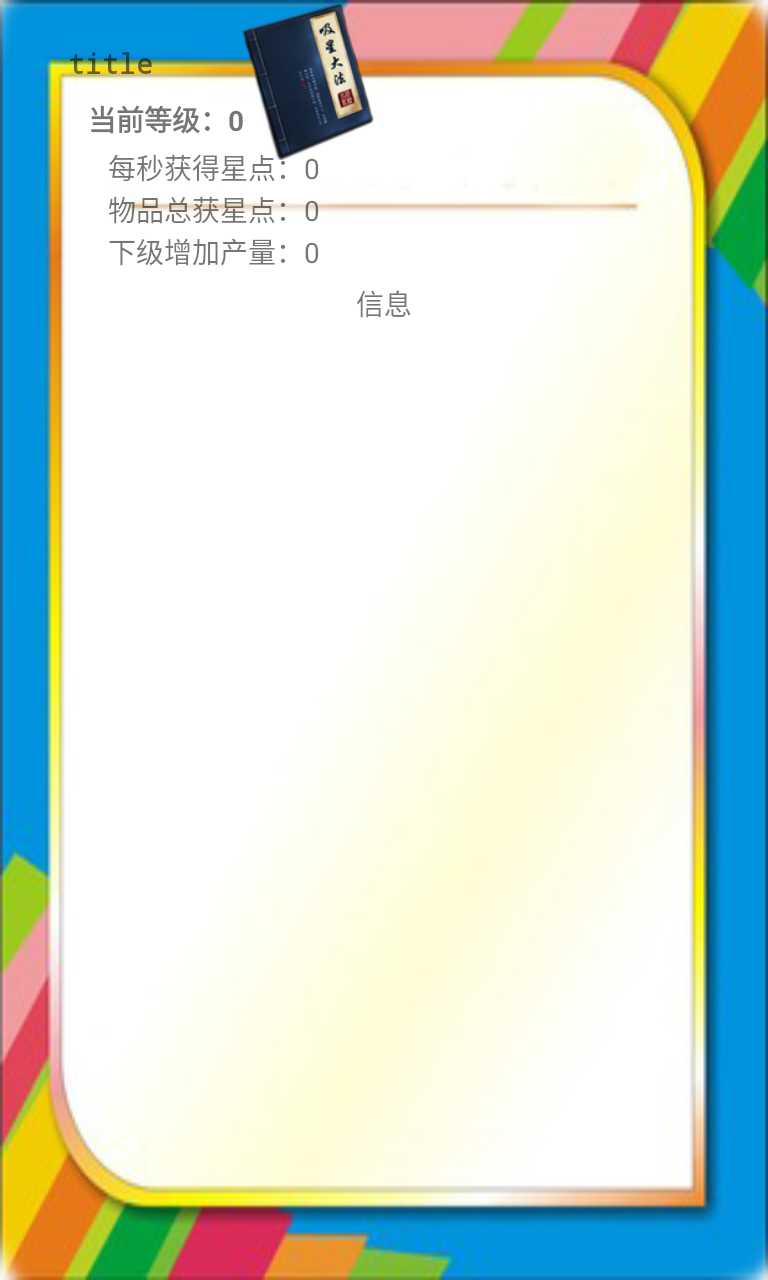
Repository: xianyun2014/StarPoint
Layout: game/res/layout/build_info_view.xml
These files come from the project's save history. The layout is drawn as it stood at one moment and after the next save; the edit follows.
It is drawn on a 768 x 1280 px phone screen (xhdpi) without system bars, with theme AppTheme; the app's code is not run.

Above is the layout before, as saved 2014-11-17 15:30:52.

### game/res/layout/build_info_view.xml
<RelativeLayout xmlns:android="http://schemas.android.com/apk/res/android"
    xmlns:android1="http://schemas.android.com/apk/res/android"
    android1:id="@+id/build_info"
    android1:layout_width="wrap_content"
    android1:layout_height="wrap_content"
    android1:layout_alignParentLeft="true"
    android1:layout_alignParentTop="true"
    android1:layout_alignParentBottom="true"
    android1:layout_alignParentRight="true"
    android1:layout_marginTop="60dp"
    android1:layout_marginRight="10dp"
    android1:layout_marginLeft="10dp"
    android1:layout_marginBottom="150dp">

    <ImageView
        android1:id="@+id/imageView1"
        android1:layout_width="fill_parent"
        android1:layout_height="fill_parent"
        android1:layout_alignParentBottom="true"
        android1:layout_alignParentLeft="true"
        android1:layout_alignParentTop="true"
        android1:scaleType="fitXY"
        android1:src="@drawable/info_build" />

    <TextView
        android1:id="@+id/build_title"
        android1:layout_width="wrap_content"
        android1:layout_height="wrap_content"
        android1:layout_alignParentLeft="true"
        android1:layout_alignParentTop="true"
        android1:layout_below="@layout/build_info_view"
        android1:layout_marginLeft="34dp"
        android1:layout_marginTop="22dp"
        android1:text="title"
        android1:textStyle="bold"
        android1:typeface="monospace" />

    <TableLayout
        android1:id="@+id/TableLayout1"
        android1:layout_width="wrap_content"
        android1:layout_height="wrap_content"
        android1:layout_alignLeft="@+id/build_title"
        android1:layout_below="@+id/textcurlevel"
        android1:layout_marginLeft="20dp"
        android1:layout_marginTop="3dp" >

        <TableRow
            android1:id="@+id/tableRow1"
            android1:layout_width="wrap_content"
            android1:layout_height="wrap_content" >

            <TextView
                android1:id="@+id/textView1"
                android1:layout_width="wrap_content"
                android1:layout_height="wrap_content"
                android1:text="每秒获得星点：" />

            <TextView
                android1:id="@+id/txt_yield_sec"
                android1:layout_width="wrap_content"
                android1:layout_height="wrap_content"
                android1:text="0" />

        </TableRow>

        <TableRow
            android1:id="@+id/tableRow2"
            android1:layout_width="wrap_content"
            android1:layout_height="wrap_content" >

            <TextView
                android1:id="@+id/textView3"
                android1:layout_width="wrap_content"
                android1:layout_height="wrap_content"
                android1:text="物品总获星点：" />

            <TextView
                android1:id="@+id/txt_yield_total"
                android1:layout_width="wrap_content"
                android1:layout_height="wrap_content"
                android1:text="0" />

        </TableRow>

        <TableRow
            android1:id="@+id/tableRow3"
            android1:layout_width="wrap_content"
            android1:layout_height="wrap_content" >

            <TextView
                android1:id="@+id/textView5"
                android1:layout_width="wrap_content"
                android1:layout_height="wrap_content"
                android1:text="下级增加产量：" />

            <TextView
                android1:id="@+id/txt_next_add"
                android1:layout_width="wrap_content"
                android1:layout_height="wrap_content"
                android1:text="0" />
        </TableRow>
    </TableLayout>

    <TextView
        android1:id="@+id/textcurlevel"
        android1:layout_width="wrap_content"
        android1:layout_height="wrap_content"
        android1:layout_alignLeft="@id/build_title"
        android1:layout_below="@+id/build_title"
        android1:layout_marginLeft="10dp"
        android1:layout_marginTop="8dp"
        android1:text="当前等级："
        android1:textStyle="bold" />

    <TextView
        android1:id="@+id/txt_Level"
        android1:layout_width="wrap_content"
        android1:layout_height="wrap_content"
        android1:layout_alignBaseline="@+id/textcurlevel"
        android1:layout_alignBottom="@+id/textcurlevel"
        android1:layout_toRightOf="@+id/textcurlevel"
        android1:text="0"
        android1:textStyle="bold" />

    <TextView
        android1:id="@+id/textView2"
        android1:layout_width="wrap_content"
        android1:layout_height="wrap_content"
        android1:layout_below="@+id/TableLayout1"
        android1:layout_centerHorizontal="true"
        android1:layout_marginTop="5dp"
        android1:text="信息" />

    <ImageView
        android1:id="@+id/imageView2"
        android1:layout_width="80dp"
        android1:layout_height="80dp"
        android1:layout_alignParentTop="true"
        android1:layout_toRightOf="@+id/textcurlevel"
        android1:src="@drawable/jz_xzdf" />

</RelativeLayout>

Loaded but not shown: game/res/values/styles.xml (common file); game/res/values-v11/styles.xml (common file); game/res/values-v14/styles.xml (common file)

After the next save:
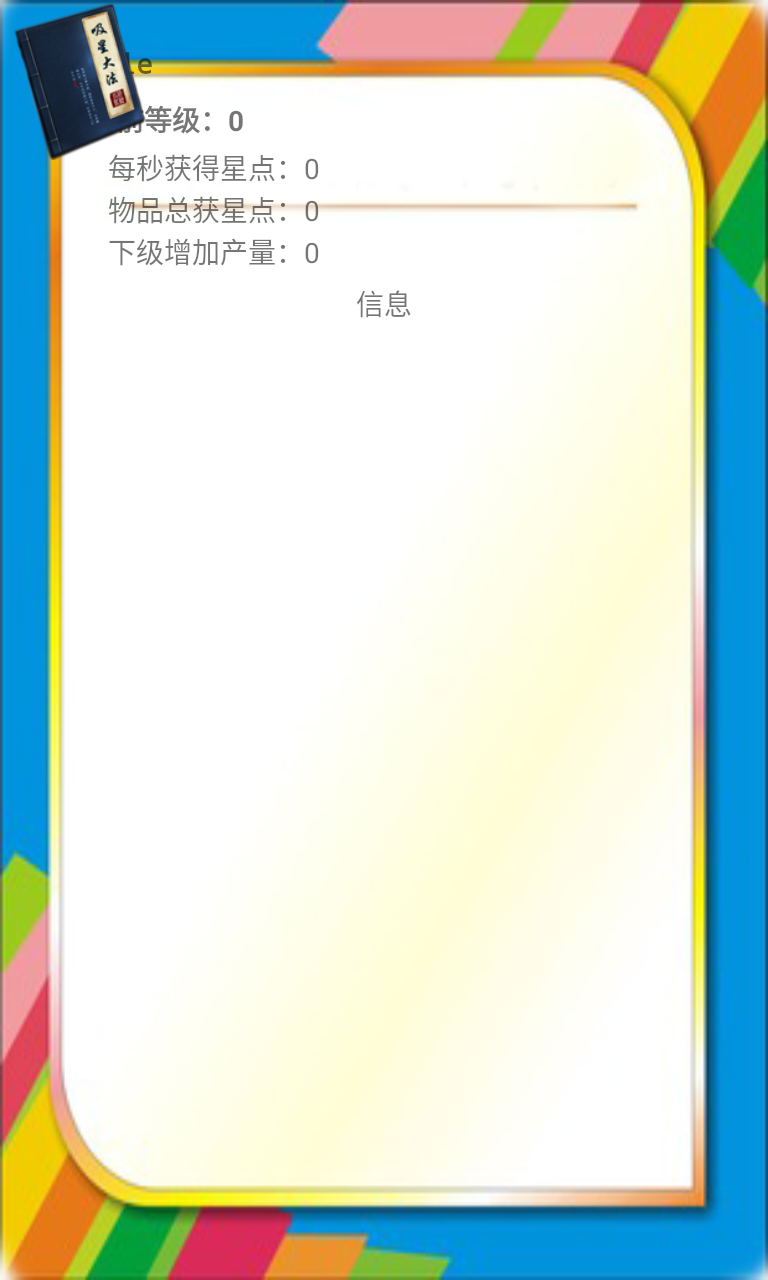
Saved 2 min 59 s later.
--- a/game/res/layout/build_info_view.xml
+++ b/game/res/layout/build_info_view.xml
@@ -135,8 +135,9 @@
         android1:id="@+id/imageView2"
         android1:layout_width="80dp"
         android1:layout_height="80dp"
-        android1:layout_alignParentTop="true"
-        android1:layout_toRightOf="@+id/textcurlevel"
+        android1:layout_below="@id/build_info"
+        android1:layout_marginRight="1dp"
+        android1:layout_toRightOf="@id/build_info"
         android1:src="@drawable/jz_xzdf" />
 
 </RelativeLayout>
